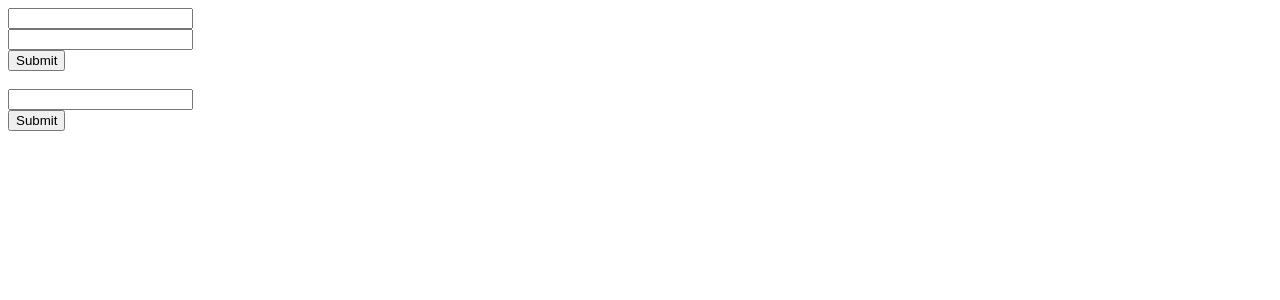
Repository: Manorama09/Spring-Boot-Learning
Page: http://localhost/Spring-Boot-JPA/home.jsp
An editor plug-in stored every save of this project. The page is shown before and after the next save, followed by the edit.
The browser window is 1280 px wide. The pictures show the whole page.
The page is served by Tomcat 9.

Above is the page before, as saved 2022-02-05 15:04:14.

After the next save:
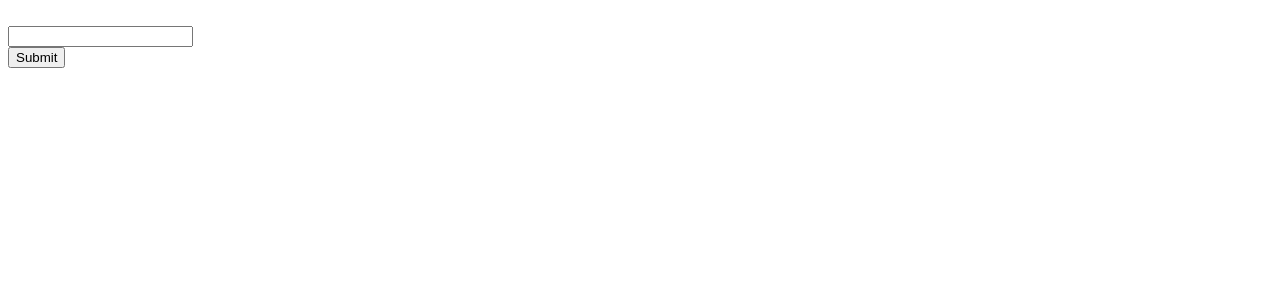
Saved 102 min 18 s later.
--- a/Spring-Boot-JPA/src/main/webapp/home.jsp
+++ b/Spring-Boot-JPA/src/main/webapp/home.jsp
@@ -7,11 +7,6 @@
 <title>Insert title here</title>
 </head>
 <body>
-	<form action="addAlien">
-		<input type="text" name="aid"><br>
-		<input type="text" name="aname"><br>
-		<input type="submit"><br>
-	</form>
 	<br>
 	<form action="getAlien">
 		<input type="text" name="aid"><br>
